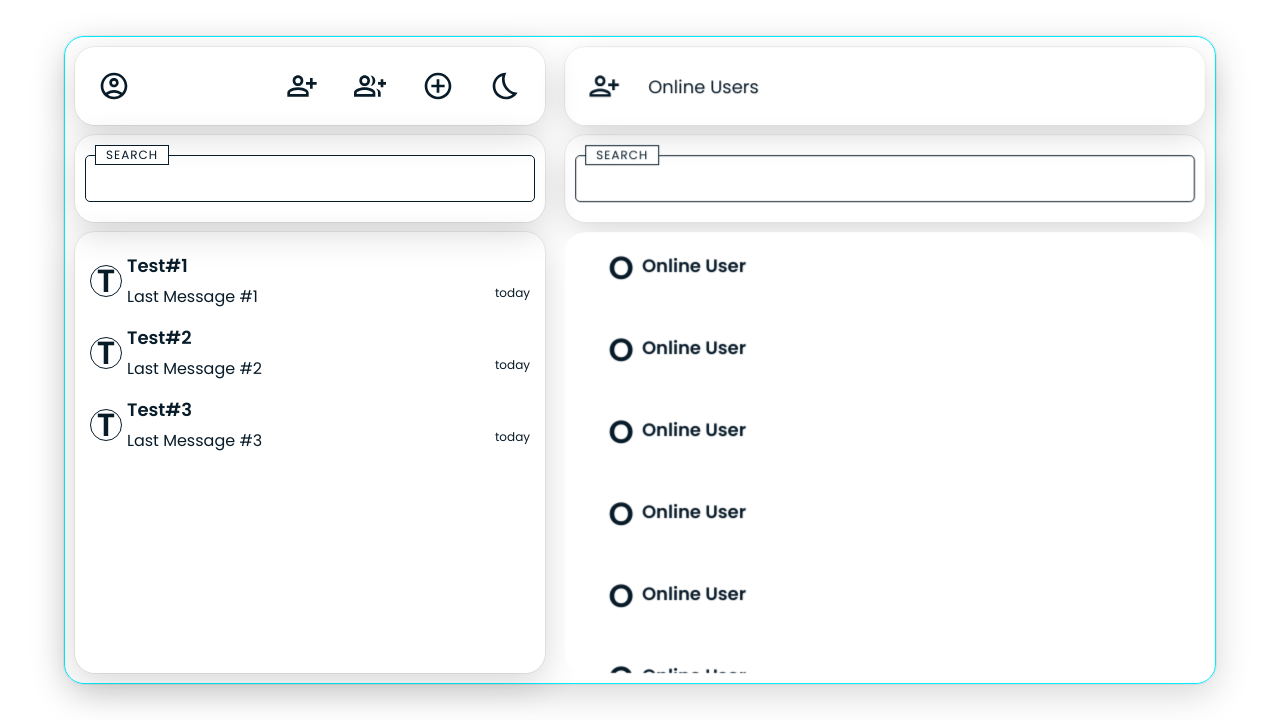
Repository: swastikjhacoder/mern-chat-frontend-only
Page: /users
These files come from the project's save history. The page is drawn as it stood at one moment and after a run of saves; the edit follows.
The browser window is 1280 px wide. The pictures show the whole page.
An inner scrolling area shows only its first screen. The project was rebuilt for these pictures with package versions that can differ from the ones it lists, and the page was loaded fresh each time. Also part of the build but not shown: src/components/loginSignup/Login.jsx, src/components/chat/MessageOthers.jsx, src/components/chat/MessageSelf.jsx, src/components/chat/ChatContainer.jsx. Imported but missing from the stored project, and not drawn on this page: src/components/loginSignup/SignUp.

Above is the page before, as saved 2023-09-21 22:54:51.

### src/index.js
import React from "react";
import ReactDOM from "react-dom/client";
import "./index.css";
import App from "./App";
import { BrowserRouter } from "react-router-dom";
import { Provider } from "react-redux";
import { store } from "./redux/store";

const root = ReactDOM.createRoot(document.getElementById("root"));
root.render(
  <React.StrictMode>
    <Provider store={store}>
      <BrowserRouter>
        <App />
      </BrowserRouter>
    </Provider>
  </React.StrictMode>
);

### src/index.css
@import url('https://fonts.googleapis.com/css2?family=Poppins:ital,wght@0,100;0,200;0,300;0,400;0,500;0,600;0,700;0,800;0,900;1,400&display=swap');

:root {
  --border-color: #0ef;
  --body-color: #081b29;
  --container-default-color: #fff;
  --self-message-background-color: #63d7b0;
  --other-message-background-color: #e2e4e3;
  --box-shadow: rgba(0, 0, 0, 0.16) 0px 10px 36px 0px, rgba(0, 0, 0, 0.06) 0px 0px 0px 1px;

  --large-font-size: 32px;
  --medium-font-size: 18px;
  --normal-font-size: 16px;
  --small-font-size: 12px;
  --tiny-font-size: 10px;

  --bolder-font-weight: 600;
}

::-webkit-scrollbar {
  width: 6px !important;
  height: 6px !important;
}

::-webkit-scrollbar-track {
  background: hsla(0, 0%, 100%, -1);
}

::-webkit-scrollbar-thumb {
  background: rgba(0, 0, 0, 0.2);
}


* {
  margin: 0;
  padding: 0;
  box-sizing: border-box;
  font-family: 'Poppins', sans-serif;
}

body {
  display: flex;
  flex-direction: column;
  justify-content: center;
  align-items: center;
}

.app-container {
  display: flex;
  width: 100vw;
  height: 100vh;
  flex-direction: column;
  justify-content: center;
  align-items: center;
}

.container {
  display: flex;
  flex-direction: row;
  gap: 10px;
  width: 90vw;
  height: 90vh;
  border-radius: 20px;
  border: 1px solid var(--border-color);
  box-shadow: var(--box-shadow);
}

.left-sidebar-container {
  display: flex;
  flex-direction: column;
  flex: 0.3;
  padding: 10px;
}

.sb-header {
  display: flex;
  flex-direction: row;
  border-radius: 20px;
  justify-content: space-between;
  padding: 5px;
  box-shadow: var(--box-shadow);
}

.sb-header >div {
  width: max-content;
}

.icon {
  font-size: var(--large-font-size) !important;
  margin: 10px;
}

.sb-search {
  display: flex;
  flex-direction: row;
  width: 100%;
  padding: 10px;
  margin-top: 10px;
  border-radius: 20px;
  box-shadow: var(--box-shadow);
}

.input-box {
  position: relative;
  width: 450px;
  margin: 10px 0;
}

.input-box input {
  width: 100%;
  padding: 10px;
  background: transparent;
  border-radius: 5px;
  color: var(--body-color);
  outline: none;
  font-size: var(--title-text-size);
}

.input-box span {
  position: absolute;
  left: 0;
  padding: 0 10px;
  pointer-events: none;
  font-size: var(--small-font-size);
  text-transform: uppercase;
  letter-spacing: 1px;
  transform: translateX(10px) translateY(-10px);
}

.sb-conversations {
  background-color: var(--container-color);
  border-radius: 20px;
  padding: 10px 5px;
  margin-top: 10px;
  flex: 1;
  overflow-y: scroll;
  box-shadow: var(--box-shadow);
}

.conversation-container {
  display: grid;
  grid-template-columns: 32px auto auto;
  grid-template-rows: auto auto;
  column-gap: 10px;
  padding: 5px;
  gap: 5px;
  margin: 5px;
  border-radius: 20px;
  transition-duration: .5s;
}

.con-icon {
  grid-area: 1/1/3/2;
  display: flex;
  justify-content: center;
  align-items: center;
  font-size: var(--large-font-size);
  font-weight: var(--bolder-font-weight);
  height: 32px;
  width: 32px;
  padding: 2px;
  border-radius: 50%;
  justify-self: center;
  align-self: center;
}

.con-title {
  grid-area: 1/2/2/4;
  font-weight: var(--bolder-font-weight);
  font-size: var(--medium-font-size);
}

.con-lastMessage {
  font-size: var(--normal-font-size);
}

.con-timeStamp {
  justify-self: flex-end;
  font-size: var(--small-font-size);
}

.right-sidebar-container {
  flex: .7;
  display: flex;
  flex-direction: column;
  gap: 10px;
  padding: 10px 10px 10px 0;
}

.chat-header {
  display: flex;
  justify-content: space-between;
  column-gap: 10px;
  padding: 10px;
  border-radius: 20px;
  box-shadow: var(--box-shadow);
}

.chat-header-info {
  display: flex;
  flex-direction: row;
  justify-content: center;
  align-items: center;
  gap: 10px;
}

.chat-message {
  flex: 1;
  background-color: var(--container-color);
  border-radius: 20px;
  padding: 20px 40px;
  overflow-y: scroll;
  box-shadow: var(--box-shadow);
}

.chat-input {
  display: flex;
  flex-direction: row;
  justify-content: space-between;
  align-items: center;
  border-radius: 20px;
  padding: 10px;
  box-shadow: var(--box-shadow)
}

.self-message-container {
  display: flex;
  justify-content: flex-end;
}

.self-message {
  display: flex;
  flex-direction: column;
  background-color: var(--self-message-background-color);
  width: max-content;
  padding: 10px 10px;
  margin: 5px;
  border-radius: 20px;
}
.self-title {
  font-weight: var(--bolder-font-weight);
  font-size: var(--medium-font-size);
}

.self-message {
  font-size: var(--normal-font-size);
}

.self-timestamp {
  margin-left: auto;
  font-size: var(--small-font-size);
}

.other-message-container {
  display: flex;
  justify-content: flex-start;
  flex-direction: row;
  gap: 5px;
  width: max-content;
  padding: 10px 10px;
  margin: 5px;
  border-radius: 20px;
}

.other-icon {
  display: flex;
  justify-content: center;
  align-items: center;
  font-size: var(--large-font-size);
  font-weight: var(--bolder-font-weight);
  height: 32px;
  width: 32px;
  padding: 2px;
  border-radius: 50%;
  justify-self: center;
  align-self: center;
}

.other-text-content {
  display: flex;
  flex-direction: column;
  background-color: var(--other-message-background-color);
  padding: 10px 10px;
  border-radius: 20px;
}

.other-title {
  font-weight: var(--bolder-font-weight);
  font-size: var(--medium-font-size);
}

.other-message {
  font-size: var(--normal-font-size);
}

.other-timestamp {
  margin-left: auto;
  font-size: var(--small-font-size);
}

.online-users-header {
  border-radius: 20px;
  display: flex;
  gap: 10px;
  padding: 5px;
  font-size: var(--medium-font-size);
  box-shadow: var(--box-shadow);
  align-items: center;
}

.online-users-search {
  display: flex;
  flex-direction: row;
  width: 100%;
  padding: 10px;
  border-radius: 20px;
  box-shadow: var(--box-shadow);
}

.online-users-list {
  border-radius: 20px;
  flex: 1;
  overflow-y: scroll;
}

.online-user {
  display: flex;
  flex: 1;
  gap: 5px;
  border-radius: 20px;
  padding: 20px 40px;
  overflow-y: scroll;
  margin-bottom: 10px;
  cursor: pointer;
  transition-duration: .5s;
}

### src/App.js
// import { Button } from "@mui/material";
// import React from "react";
// import { useSelector, useDispatch } from "react-redux";
// import { toggleDarkMode, addUser, removeUser } from './redux/liveChatSlice';

// function App() {
//   const dispatch = useDispatch();
//   const mode = useSelector((state) => state.liveChat.mode);
//   const userInfo = useSelector((state) => state.liveChat.userInfo);
//   const background = useSelector( ( state ) => state.liveChat.background );
//   console.log(mode);
//   console.log(userInfo);
//   console.log(background);
//   return (
//     <>
//       <Button onClick={() => dispatch(toggleDarkMode())}>Click Me</Button>
//     </>
//   );
// }

// export default App;

import React from "react";
import { useSelector } from "react-redux";
import "./index.css";
import { Routes, Route } from "react-router-dom";
import MainContainer from "./components/MainContainer";
import Login from "./components/loginSignup/Login";
import SignUp from "./components/loginSignup/SignUp";
import ChatContainer from "./components/chat/ChatContainer";
import OnlineUsersGroup from "./components/chat/OnlineUsersGroup";

const App = () => {
  const background = useSelector((state) => state.liveChat.background);
  // console.log(background);
  return (
    <>
      <div style={{ backgroundColor: background }} className="app-container">
        <Routes>
          <Route path="/" element={<MainContainer />}>
            <Route path="login" element={<Login />} />
            <Route path="signup" element={<SignUp />} />
            <Route path="chat" element={<ChatContainer />} />
            <Route path="users" element={<OnlineUsersGroup />} />
          </Route>
        </Routes>
      </div>
    </>
  );
};

export default App;

### src/redux/store.js
import { configureStore } from '@reduxjs/toolkit';
import liveChatReducer from './liveChatSlice';

export const store = configureStore({
  reducer: {
    liveChat: liveChatReducer,
  },
});

### src/components/MainContainer.jsx
import React from "react";
import { Outlet } from "react-router-dom";
import SideBar from "./chat/SideBar";
// import { useSelector } from "react-redux";
// import Login from "./loginSignup/Login";

const MainContainer = () => {
  // const user = useSelector((state) => state.liveChat.userInfo);
  // console.log(user);
  return (
    <>
      <div className="container">
        {/*
        { user ? <SideBar/> : <Login /> }*/
        }
        <SideBar />
        <Outlet />
      </div>
    </>
  );
};

export default MainContainer;

### src/components/chat/OnlineUsersGroup.jsx
import React from "react";
import { IconButton } from "@mui/material";
import PersonAddAlt1OutlinedIcon from "@mui/icons-material/PersonAddAlt1Outlined";
import { AnimatePresence, motion } from "framer-motion";
import { useSelector } from "react-redux";
import OnlineUsers from "./OnlineUsers";

const OnlineUsersGroup = () => {
  const { background, color } = useSelector((state) => state.liveChat);
  return (
    <AnimatePresence>
      <motion.div
        initial={{ opacity: 0, scale: 0 }}
        animate={{ opacity: 1, scale: 1 }}
        exit={{ opacity: 0, scale: 0 }}
        transition={{
          ease: "anticipate",
          duration: "0.3",
        }}
        className="right-sidebar-container"
      >
        <div className="online-users-header">
          <div>
            <IconButton>
              <PersonAddAlt1OutlinedIcon
                className="icon"
                style={{ color: color }}
              />
            </IconButton>
          </div>
          <p style={{ color: color }}>Online Users</p>
        </div>
        <div className="online-users-search">
          <div className="input-box" style={{ flex: 1 }}>
            <input
              type="search"
              name="search"
              required="required"
              style={{ border: `1px solid ${color}`, color: color }}
            />
            <span
              style={{
                color: color,
                border: `1px solid ${color}`,
                background: background,
              }}
            >
              Search
            </span>
          </div>
        </div>
        <div className="online-users-list" style={{backgroundColor: background}}>
          <OnlineUsers />
          <OnlineUsers />
          <OnlineUsers />
          <OnlineUsers />
          <OnlineUsers />
          <OnlineUsers />
          <OnlineUsers />
          <OnlineUsers />
          <OnlineUsers />
          <OnlineUsers />
          <OnlineUsers />
          <OnlineUsers />
          <OnlineUsers />
          <OnlineUsers />
        </div>
      </motion.div>
    </AnimatePresence>
  );
};

export default OnlineUsersGroup;

### src/redux/liveChatSlice.js
import { createSlice } from "@reduxjs/toolkit";

const initialState = {
  mode: JSON.parse(localStorage.getItem("darkMode")) || false,
  userInfo: null,
  background: JSON.parse(localStorage.getItem("backgroundColor")) || "#fff",
  color: JSON.parse(localStorage.getItem("color")) || "#081b29",
};

export const liveChatSlice = createSlice({
  name: "liveChat",
  initialState,
  reducers: {
    toggleDarkMode: (state) => {
      state.mode = !state.mode;
      if (!state.mode) {
        state.background = "#fff";
        state.color = "#081b29";
      } else {
        state.background = "#081b29";
        state.color = "#fff";
      }
      localStorage.setItem("darkMode", JSON.stringify(state.mode));
      localStorage.setItem("backgroundColor", JSON.stringify(state.background));
      localStorage.setItem("color", JSON.stringify(state.color));
    },
    addUser: (state, action) => {
      state.userInfo = action.payload;
    },
    removeUser: (state) => {
      state.userInfo = null;
    },
  },
});

export const { toggleDarkMode, addUser, removeUser } =
  liveChatSlice.actions;
export default liveChatSlice.reducer;

### src/components/chat/SideBar.jsx
import React from "react";
import AccountCircleOutlinedIcon from "@mui/icons-material/AccountCircleOutlined";
import PersonAddAltOutlinedIcon from "@mui/icons-material/PersonAddAltOutlined";
import GroupAddOutlinedIcon from "@mui/icons-material/GroupAddOutlined";
import AddCircleOutlineOutlinedIcon from "@mui/icons-material/AddCircleOutlineOutlined";
import BedtimeOutlinedIcon from "@mui/icons-material/BedtimeOutlined";
import LightModeOutlinedIcon from "@mui/icons-material/LightModeOutlined";
import { useSelector, useDispatch } from "react-redux";
import { IconButton } from "@mui/material";
import { toggleDarkMode } from "../../redux/liveChatSlice";
import ConversationList from "./ConversationList";
import {useNavigate } from 'react-router-dom';

const SideBar = () =>
{
  const navigate = useNavigate();
  const dispatch = useDispatch();
  const { mode, background, color } = useSelector((state) => state.liveChat);
  const conversations = [
    {
      name: "Test#1",
      lastMessage: "Last Message #1",
      timeStamp: "today",
    },
    {
      name: "Test#2",
      lastMessage: "Last Message #2",
      timeStamp: "today",
    },
    {
      name: "Test#3",
      lastMessage: "Last Message #3",
      timeStamp: "today",
    },
  ];
  console.log(mode);
  return (
    <>
      <div className="left-sidebar-container">
        <div className="sb-header">
          <div>
            <IconButton>
              <AccountCircleOutlinedIcon
                className="icon"
                style={{ color: color }}
              />
            </IconButton>
          </div>
          <div>
            <IconButton>
              <PersonAddAltOutlinedIcon
                className="icon"
                style={ { color: color } }
                onClick={ () => { navigate( 'users' ); }}
              />
            </IconButton>
            <IconButton>
              <GroupAddOutlinedIcon className="icon" style={{ color: color }} />
            </IconButton>
            <IconButton>
              <AddCircleOutlineOutlinedIcon
                className="icon"
                style={{ color: color }}
              />
            </IconButton>
            <IconButton onClick={() => dispatch(toggleDarkMode())}>
              {mode ? (
                <LightModeOutlinedIcon
                  className="icon"
                  style={{ color: color }}
                />
              ) : (
                <BedtimeOutlinedIcon
                  className="icon"
                  style={{ color: color }}
                />
              )}
            </IconButton>
          </div>
        </div>
        <div className="sb-search">
          <div className="input-box">
            <input
              type="search"
              name="search"
              required="required"
              style={{ border: `1px solid ${color}`, color: color }}
            />
            <span
              style={{
                color: color,
                border: `1px solid ${color}`,
                background: background,
              }}
            >
              Search
            </span>
          </div>
        </div>
        <div className="sb-conversations">
          {conversations.map((conversation, index) => {
            return <ConversationList key={index} props={conversation} />;
          })}
        </div>
      </div>
    </>
  );
};

export default SideBar;

### src/components/chat/OnlineUsers.jsx
import React from "react";
import { motion } from "framer-motion";
import { useSelector } from "react-redux";

const OnlineUsers = () => {
  const { color } = useSelector((state) => state.liveChat);
  const props = { name: "Online User" };
  return (
    <motion.div
      whileHover={{ scale: 1.01 }}
      whileTap={{ scale: 0.98 }}
      className="online-user"
      style={{ color: color, border: `` }}
    >
      <p className="con-icon">{props.name[0]}</p>
      <p className="con-title">{props.name}</p>
    </motion.div>
  );
};

export default OnlineUsers;

### src/components/chat/ConversationList.jsx
import React from "react";
import { motion } from "framer-motion";
import { useNavigate} from 'react-router-dom';
import { useSelector } from "react-redux";

const ConversationList = ({ props }) => {
  const navigate = useNavigate();
  const { color } = useSelector((state) => state.liveChat);
  return (
    <>
      <motion.div
        whileHover={{ scale: 1.01, cursor: "pointer" }}
        whileTap={{ scale: 0.98 }}
        className="conversation-container"
        onClick={ () => { navigate( 'chat' ); }}
      >
        <p
          className="con-icon"
          style={{
            color: color,
            border: `1px solid ${color}`,
          }}
        >
          {props.name[0]}
        </p>
        <p className="con-title" style={{ color: color }}>
          {props.name}
        </p>
        <p className="con-lastMessage" style={{ color: color }}>
          {props.lastMessage}
        </p>
        <p className="con-timeStamp" style={{ color: color }}>
          {props.timeStamp}
        </p>
      </motion.div>
    </>
  );
};

export default ConversationList;

After the next 2 saves:
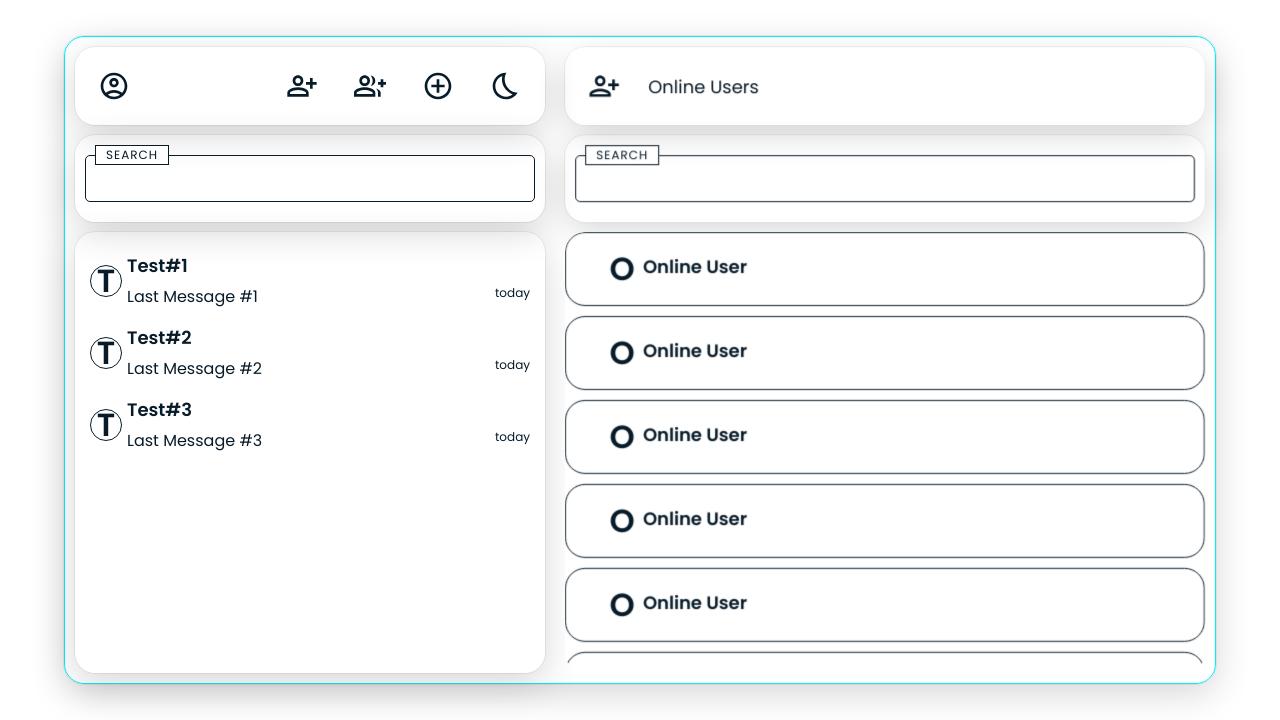
The 2 saves are shown as one change because they came seconds apart.
The last was saved 6 s later.
--- a/src/components/chat/OnlineUsers.jsx
+++ b/src/components/chat/OnlineUsers.jsx
@@ -10,7 +10,7 @@ const OnlineUsers = () => {
       whileHover={{ scale: 1.01 }}
       whileTap={{ scale: 0.98 }}
       className="online-user"
-      style={{ color: color, border: `` }}
+      style={{ color: color, border: `1px solid ` }}
     >
       <p className="con-icon">{props.name[0]}</p>
       <p className="con-title">{props.name}</p>
